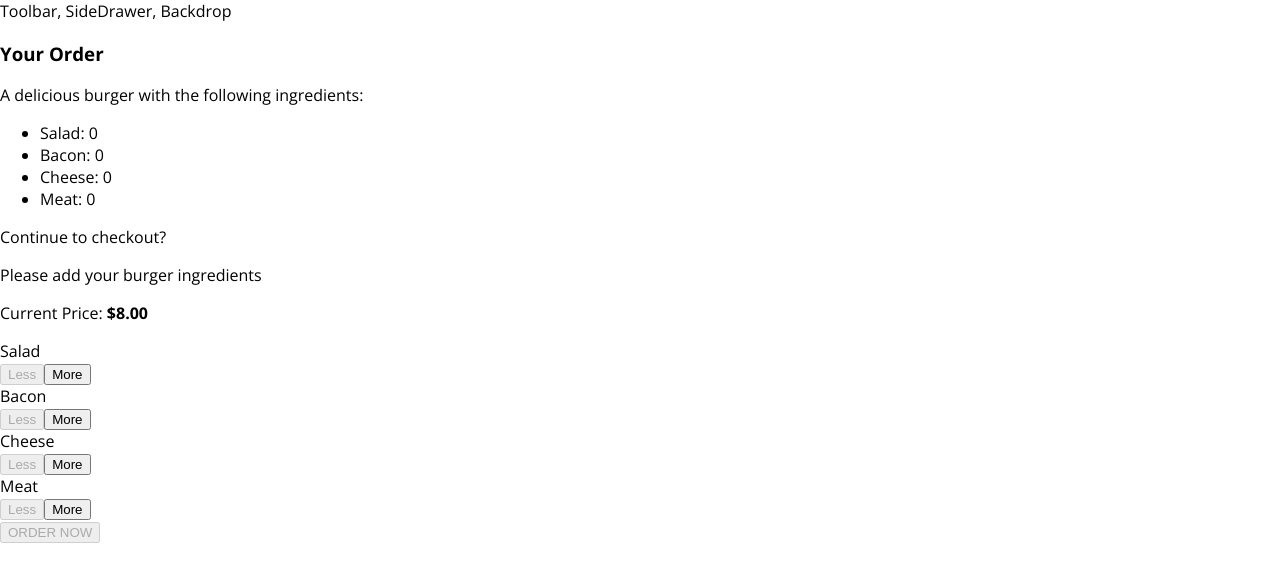
Repository: legil/burger-app
Page: /
The author's editor kept a copy of each file at every save. The page is drawn from the files as they stood at one save, then again after the next save.
The browser window is 1280 px wide. The pictures show the whole page.
The project was rebuilt for these pictures with package versions that can differ from the ones it lists, and the page was loaded fresh each time. Also part of the build but not shown: src/components/Layout/Layout.css, src/components/Burger/Burger.css, src/components/Burger/BurgerIngredient/BurgerIngredient.css, src/components/Burger/BuildControls/BuildControls.css, src/components/Burger/BuildControl/BuildControl.css, src/components/UI/Modal/Modal.css.

Above is the page before, as saved 2019-04-19 16:48:20.

After the next save:
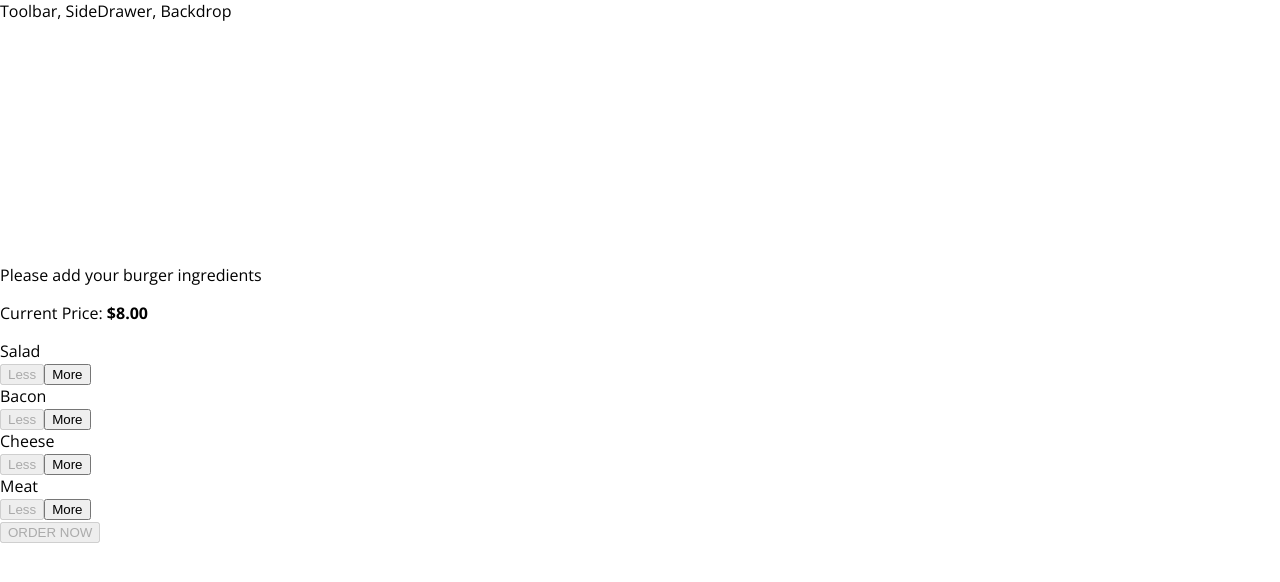
Saved 32 min 6 s later.
--- a/src/containers/BurgerBuilder/BurgerBuilder.js
+++ b/src/containers/BurgerBuilder/BurgerBuilder.js
@@ -28,7 +28,8 @@ state = {
         meat: 0
     },
     totalPrice: 8,
-    purchasable: false
+    purchasable: false,
+    purchasing: false
 }
 
 updatePurchaseState(ingredients) {
@@ -73,6 +74,10 @@ removeIngredientHandler = (type) => {
     this.updatePurchaseState(updatedIngredients);
 }
 
+purchaseHandler() {
+    this.setState({purchasing: true});
+}
+
     render () {
         const disabledInfo = {
             ...this.state.ingredients
@@ -83,7 +88,7 @@ removeIngredientHandler = (type) => {
         // {salad: true, meat: false, ...}
         return (
             <Aux>
-                <Modal>
+                <Modal show={this.state.purchasing}>
                     <OrderSummary ingredients={this.state.ingredients}></OrderSummary>
                 </Modal>
                 <Burger ingredients = {this.state.ingredients} />
@@ -91,6 +96,7 @@ removeIngredientHandler = (type) => {
                                ingredientRemoved={this.removeIngredientHandler}
                                disabled={disabledInfo}
                                purchasable={this.state.purchasable}
+                               ordered={this.purchaseHandler}
                                price={this.state.totalPrice} />
             </Aux>
 
--- a/src/components/Burger/BuildControls/BuildControls.js
+++ b/src/components/Burger/BuildControls/BuildControls.js
@@ -19,9 +19,12 @@ const buildControls = (props) => (
                           //type={ctrl.type}
                           added={() => props.ingredientAdded(ctrl.type)}
                           removed={() => props.ingredientRemoved(ctrl.type)}
-                          disabled={props.disabled[ctrl.type]} />
+                          disabled={props.disabled[ctrl.type]}
+                          />
         ))}
-        <button className={classes.OrderButton} disabled={!props.purchasable}>ORDER NOW</button>
+        <button className={classes.OrderButton}
+                disabled={!props.purchasable}
+                onClick={props.ordered}>ORDER NOW</button>
     </div>
 );
 
--- a/src/components/UI/Modal/Modal.js
+++ b/src/components/UI/Modal/Modal.js
@@ -2,7 +2,11 @@ import React from 'react';
 import classes from './Modal.css';
 
 const modal = (props) => (
-    <div className={classes.Modal}>
+    <div className={classes.Modal}
+         style={{
+             transform: props.show ? 'translateY(0)': 'translateY(-100vh)',
+             opacity: props.show ? '1' : '0'
+         }}>
         {props.children}
     </div>
 );
